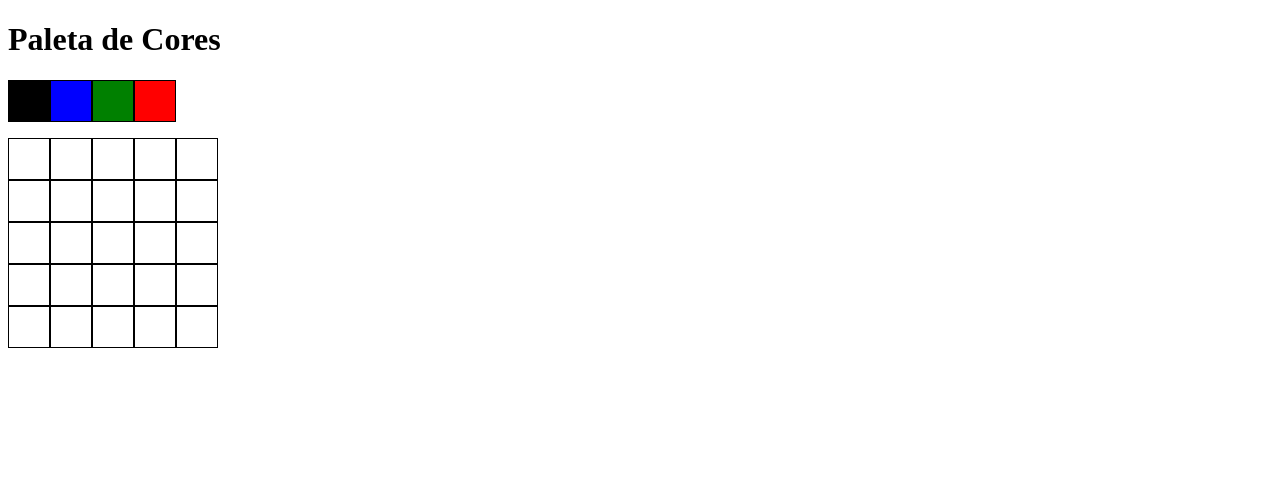
Repository: MuriloColleti/project-Pixer-Art
Page: index.html
An editor plug-in stored every save of this project. The page is shown before and after the next save, followed by the edit.
The browser window is 1280 px wide. The pictures show the whole page.

Above is the page before, as saved 2024-02-06 15:14:11.

After the next save:
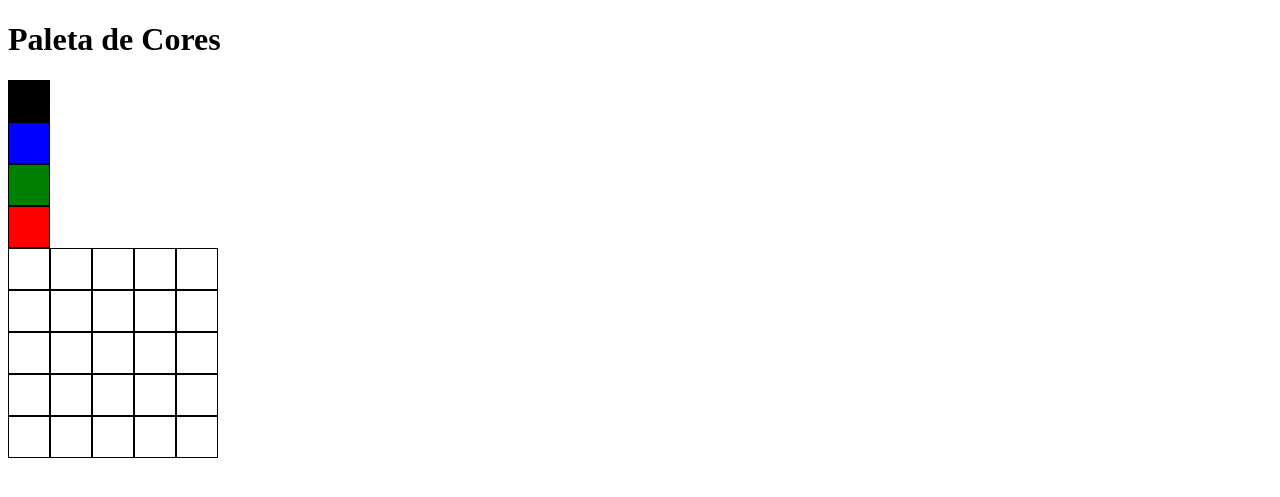
Saved 68 s later.
--- a/style.css
+++ b/style.css
@@ -20,7 +20,7 @@
     border: 1px solid black;
 }
 
-.pallet-container{
+#pallet-container{
     display: flex;
     margin-bottom: 1rem;
 }

After the save that followed:
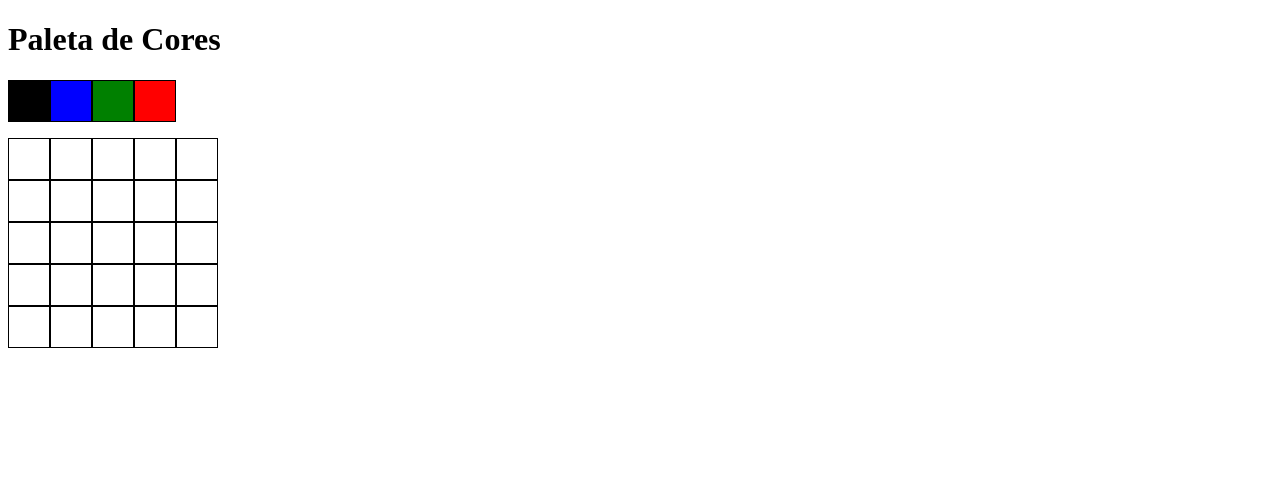
Saved 6 s later.
--- a/style.css
+++ b/style.css
@@ -20,7 +20,7 @@
     border: 1px solid black;
 }
 
-#pallet-container{
+.pallet-container{
     display: flex;
     margin-bottom: 1rem;
 }
